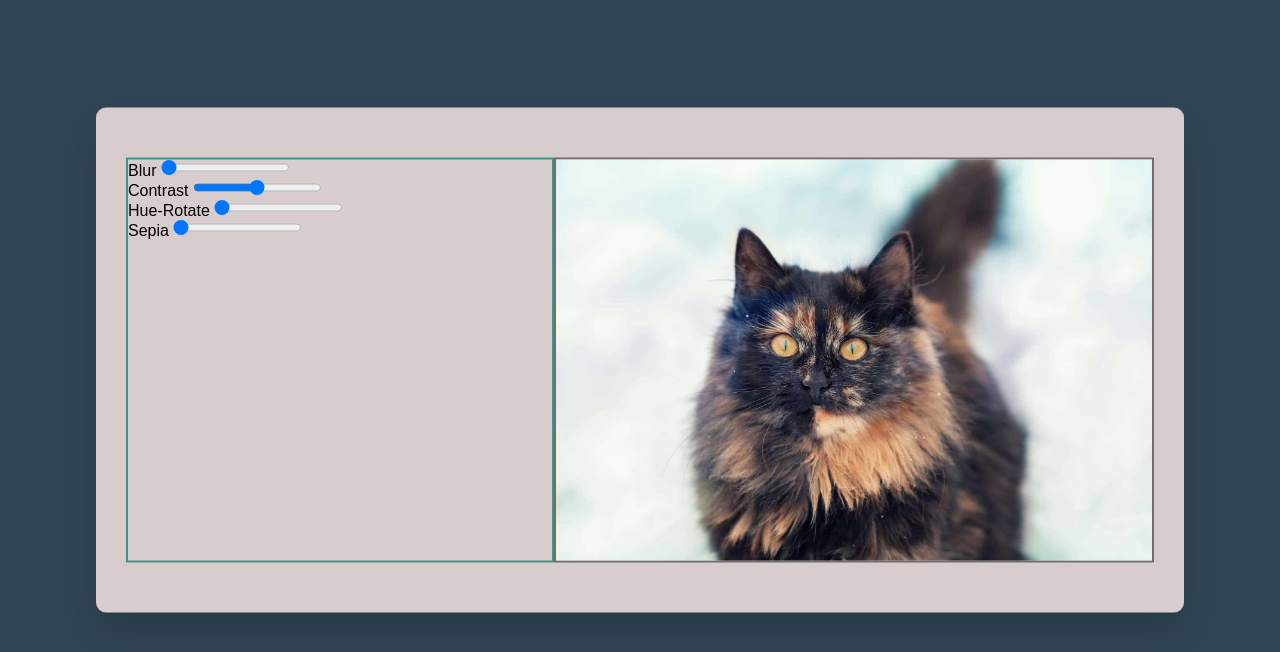
Repository: Larrowo/Challenges
Page: Photo filter/index.html
The author's editor kept a copy of each file at every save. The page is drawn from the files as they stood at one save, then again after the next save.
The browser window is 1280 px wide. The pictures show the whole page.

Above is the page before, as saved 2022-04-04 10:09:51.

### Photo filter/index.html
<!DOCTYPE html>
<html lang="en">
<head>
    <meta charset="UTF-8">
    <meta http-equiv="X-UA-Compatible" content="IE=edge">
    <meta name="viewport" content="width=device-width, initial-scale=1.0">
    <link rel="stylesheet" href="style.css">
    <script src="script.js" defer></script>

    <title>Document</title>
</head>
<body>
    <div class="wrapper">
        <div class="editor">
            <div class="filter">
                <label for="blur">Blur</label>
                <input type="range" min="0" max="5" value="0" step="0.1" id="blur">
            </div>
            <div class="filter">
                <label for="contrast">Contrast</label>
                <input type="range" min="0" max="200" value="100"  id="Contrast">
            </div>
            <div class="filter">
                <label for="Hue-rotate">Hue-Rotate</label>
                <input type="range" min="0" max="360" value="0"  id="Hue-rotate">
            </div>
            <div class="filter">
                <label for="Sepia">Sepia</label>
                <input type="range" min="0" max="100" value="0"  id="Sepia">
            </div>

        </div>
        <div class="results">
            <img src="tortoiseshell-cat-1.jpg" alt="Girl in a jacket">

        </div>
    </div>
</body>
</html>

### Photo filter/style.css
*{
    padding: 0;
    margin: 0;
    box-sizing: border-box;
    font-family: "Rubik",sans-serif;
}

body{
    background-color: #304555;
}

  .wrapper{
     width: 85vw;
     padding: 50px 30px;
     background-color: #d8cdcd;
     position: absolute;
     transform: translate(-50%,-50%);
     top: 50%;
     left: 50%;
     border-radius: 10px;
     box-shadow: 0 20px 35px rgba(0,0,0,0.15);
     display: grid;
     grid-template-columns: 5fr 7fr;
 }

 .editor{
     border: 2px solid rgba(56, 143, 129, 0.932);
     min-height: 35vmin;
     display: flex;
     flex-direction: column;
 }

 .results{
     border: 2px solid rgba(0, 0, 0, 0.473);
 }

 img {
    width: 100%; /* or any custom size */
    height: 100%;

}

 /*Todo lo que está debajo fue descaradamente robado*/
/*
 input[type=range] {
    height: 26px;
    -webkit-appearance: none;
    margin: 10px 0;
    width: 100%;
  }
  input[type=range]:focus {
    outline: none;
  }
  input[type=range]::-webkit-slider-runnable-track {
    width: 100%;
    height: 14px;
    cursor: pointer;
    animate: 0.2s;
    box-shadow: 1px 1px 1px #50555C;
    background: #50555C;
    border-radius: 14px;
    border: 0px solid #000000;
  }
  input[type=range]::-webkit-slider-thumb {
    box-shadow: 0px 0px 0px #000000;
    border: 0px solid #000000;
    height: 20px;
    width: 40px;
    border-radius: 12px;
    background: #529DE1;
    cursor: pointer;
    -webkit-appearance: none;
    margin-top: -3px;
  }
  input[type=range]:focus::-webkit-slider-runnable-track {
    background: #50555C;
  }
  input[type=range]::-moz-range-track {
    width: 100%;
    height: 14px;
    cursor: pointer;
    animate: 0.2s;
    box-shadow: 1px 1px 1px #50555C;
    background: #50555C;
    border-radius: 14px;
    border: 0px solid #000000;
  }
  input[type=range]::-moz-range-thumb {
    box-shadow: 0px 0px 0px #000000;
    border: 0px solid #000000;
    height: 20px;
    width: 40px;
    border-radius: 12px;
    background: #529DE1;
    cursor: pointer;
  }
  input[type=range]::-ms-track {
    width: 100%;
    height: 14px;
    cursor: pointer;
    animate: 0.2s;
    background: transparent;
    border-color: transparent;
    color: transparent;
  }
  input[type=range]::-ms-fill-lower {
    background: #50555C;
    border: 0px solid #000000;
    border-radius: 28px;
    box-shadow: 1px 1px 1px #50555C;
  }
  input[type=range]::-ms-fill-upper {
    background: #50555C;
    border: 0px solid #000000;
    border-radius: 28px;
    box-shadow: 1px 1px 1px #50555C;
  }
  input[type=range]::-ms-thumb {
    margin-top: 1px;
    box-shadow: 0px 0px 0px #000000;
    border: 0px solid #000000;
    height: 20px;
    width: 40px;
    border-radius: 12px;
    background: #529DE1;
    cursor: pointer;
  }
  input[type=range]:focus::-ms-fill-lower {
    background: #50555C;
  }
  input[type=range]:focus::-ms-fill-upper {
    background: #50555C;
  } */

Loaded but not shown: Photo filter/script.js (no copy from this time; the picture is the same without it)

After the next save:
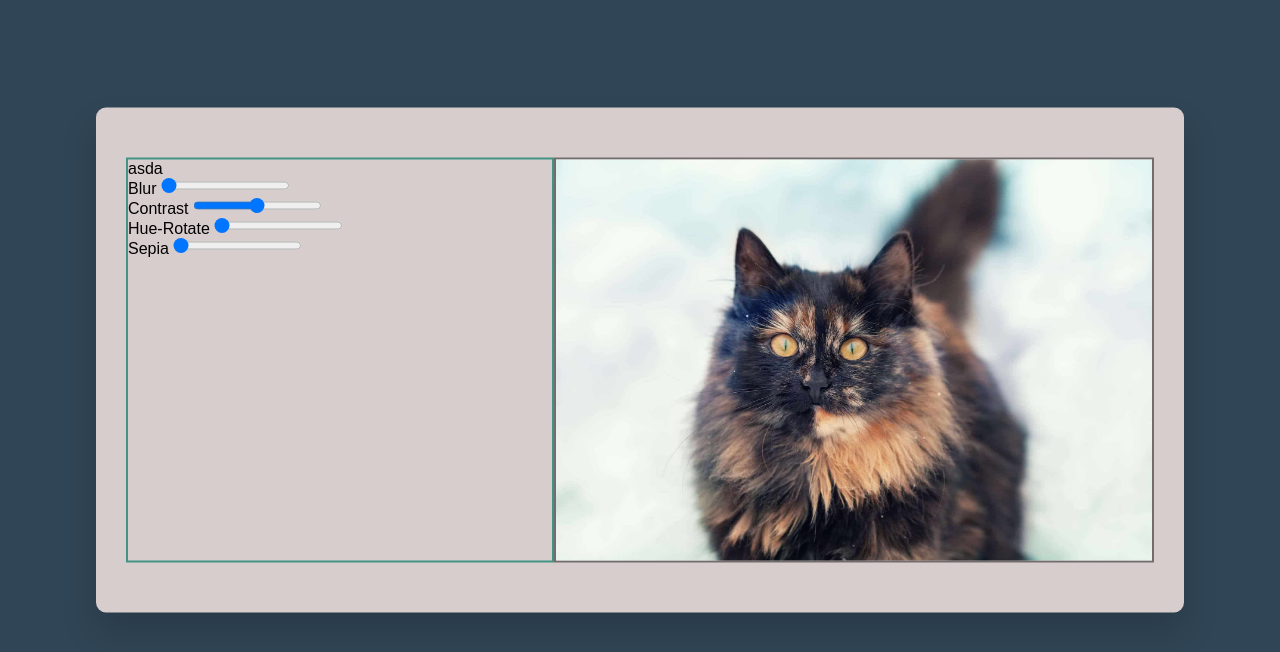
Saved 49 min 16 s later.
--- a/Photo filter/index.html
+++ b/Photo filter/index.html
@@ -12,6 +12,9 @@
 <body>
     <div class="wrapper">
         <div class="editor">
+            <div class="input-image">
+                asda
+            </div>
             <div class="filter">
                 <label for="blur">Blur</label>
                 <input type="range" min="0" max="5" value="0" step="0.1" id="blur">

After the save that followed:
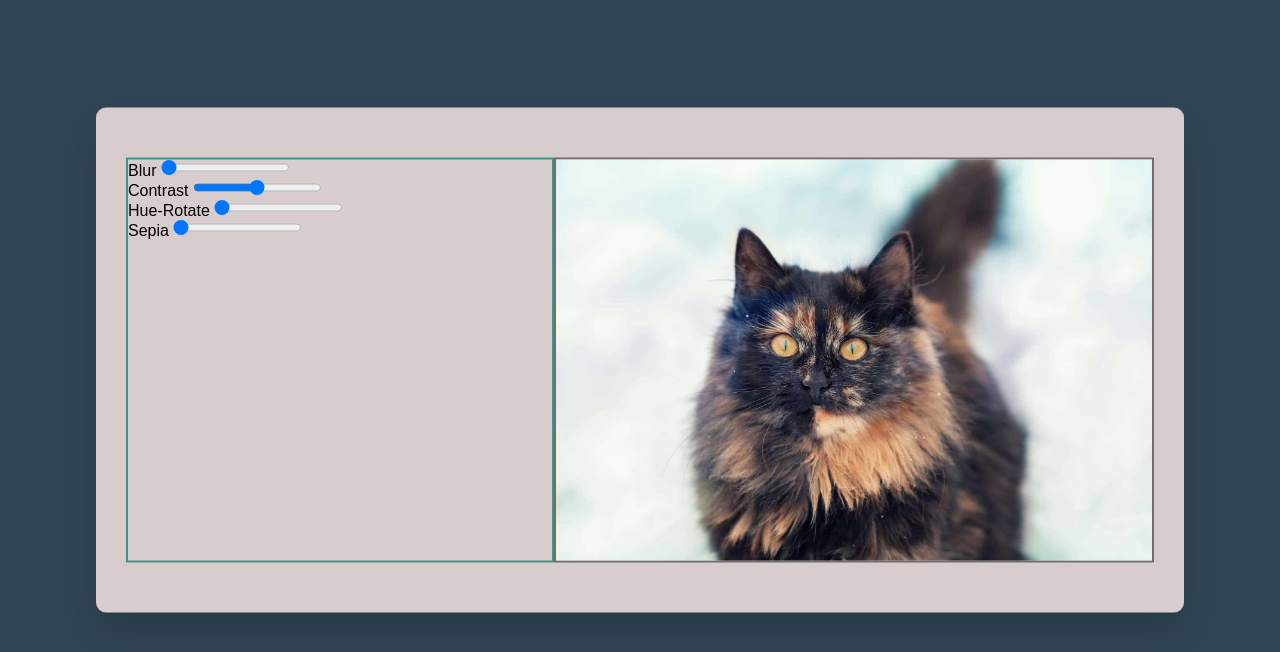
Saved 4 s later.
--- a/Photo filter/index.html
+++ b/Photo filter/index.html
@@ -13,7 +13,7 @@
     <div class="wrapper">
         <div class="editor">
             <div class="input-image">
-                asda
+
             </div>
             <div class="filter">
                 <label for="blur">Blur</label>
